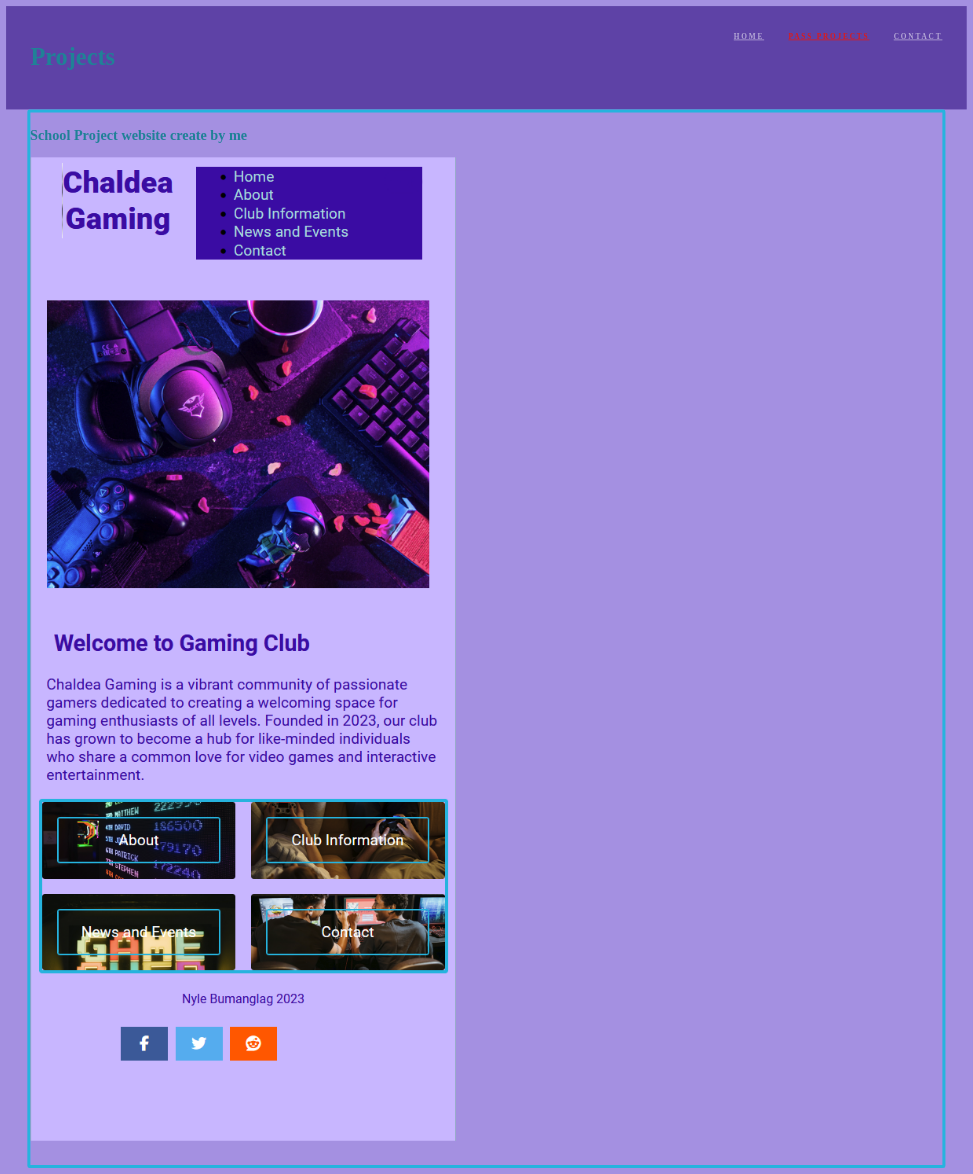
Repository: NyleNC/main
Page: projects.html
An editor plug-in stored every save of this project. The page is shown before and after the next save, followed by the edit.
The browser window is 1280 px wide. The pictures show the whole page, at 76% of full size.

Above is the page before, as saved 2024-11-07 00:31:57.

### projects.html
<!DOCTYPE html>
<html lang="en">
<head>
    <meta charset="UTF-8">
    <meta name="viewport" content="width=device-width, initial-scale=1.0">
    <title>Nyle Bumanglag</title>
    <link rel="stylesheet" href="style.css">
</head>
<header id="header"><h1>Projects</h1>
    <nav>
        <ul>
            <li><a href="index.html">Home</a></li>
            <li><a href="projects.html" class="active">Pass Projects</a></li>
            <li><a href="Contact.html">Contact</a></li>
        </ul>
    </nav>
</header>
<body>
    <section >
        <div class="container">
            <div >
            <h3>School Project website create by me </h3>
            <img src="Images/website.png" alt="website"class="image-fit" >
        </div>
        </div>



    </section>
</body>
</html>

### style.css
body{
    background: #a490e1;
    color: rgb(32, 129, 151);
}
#header {
display: -moz-flex;
display: -webkit-flex;
display: -ms-flex;
display: flex;
background-color: #5e42a6;
cursor: default;
padding: 1.75em 2em;
}

#header > .title {
border: 0;
color: #ffffff;
 display: block;
font-size: 1.25em;
font-weight: bold;
}

#header > nav {
-moz-flex: 1;
-webkit-flex: 1;
-ms-flex: 1;
flex: 1;
text-align: right;
}
 #header > nav > ul {
 margin: 0;
padding: 0;
}

 #header > nav > ul > li {
 display: inline-block;
margin-left: 1.75em;
 padding: 0;
vertical-align: middle;
}

#header > nav > ul > li:first-child {
margin-left: 0;
}

#header > nav > ul > li a {
  border: 0;
color: rgba(255, 255, 255, 0.542);
display: inline-block;
 font-size: 0.6em;
font-weight: bold;
letter-spacing: 0.25em;
text-transform: uppercase;
}
 #header > nav > ul > li a:hover {
color: rgb(144, 225, 164)
}
#header > nav > ul > li a.active {
color: #dd1a1a;
}

.image-fit {
 display: block;
 margin: 0 0 2em 0;
 width: 100%;
}
.container{
    margin: 0 auto;
    gap: 5em;
    display: grid;
    grid-template-columns:  1fr 1fr;
	width: 95%;
    height: auto;
    border: 4px solid #26b3de;
    border-radius:3px;
}

After the next save:
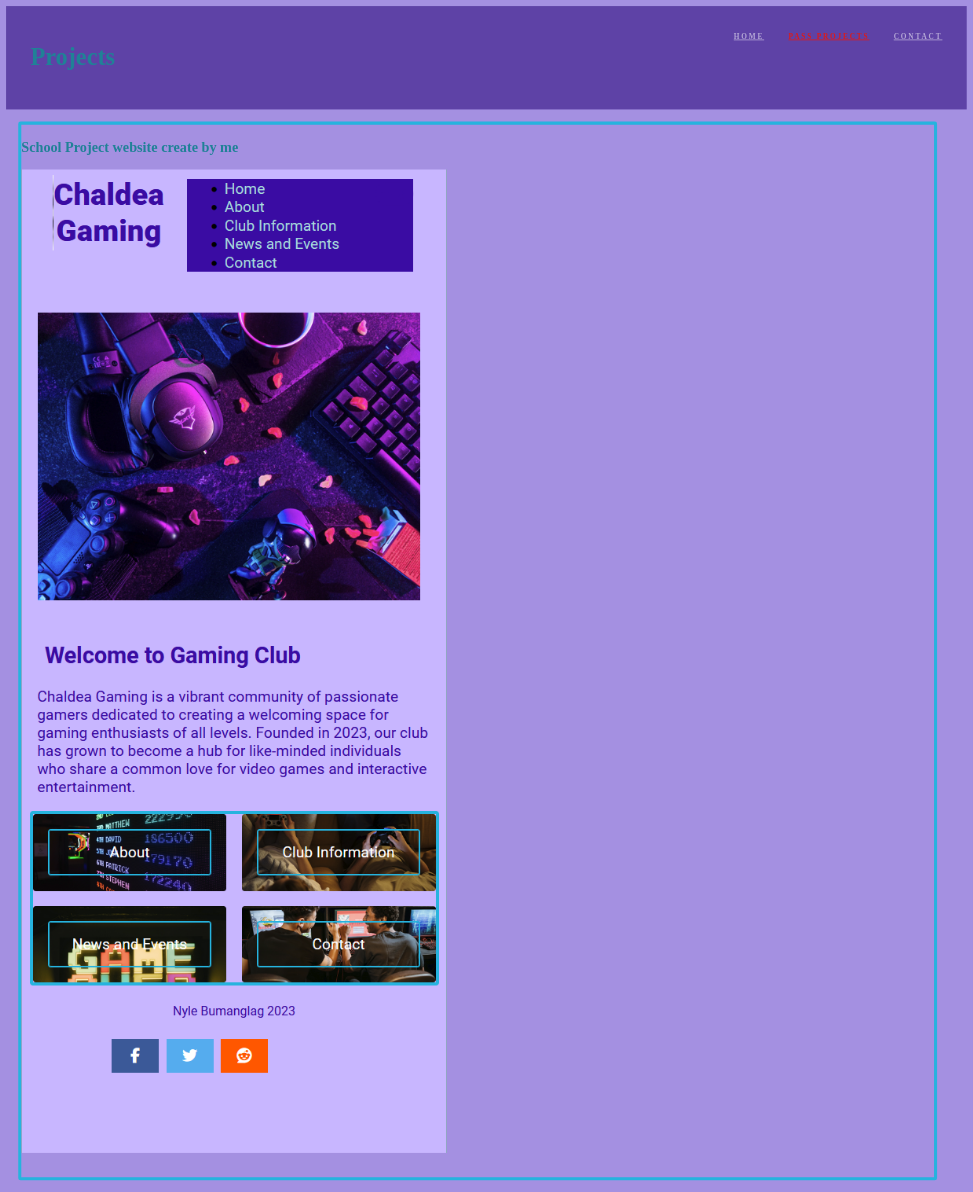
Saved 9 s later.
--- a/style.css
+++ b/style.css
@@ -65,7 +65,7 @@
  width: 100%;
 }
 .container{
-    margin: 0 auto;
+    margin: 1em;
     gap: 5em;
     display: grid;
     grid-template-columns:  1fr 1fr;

After the save that followed:
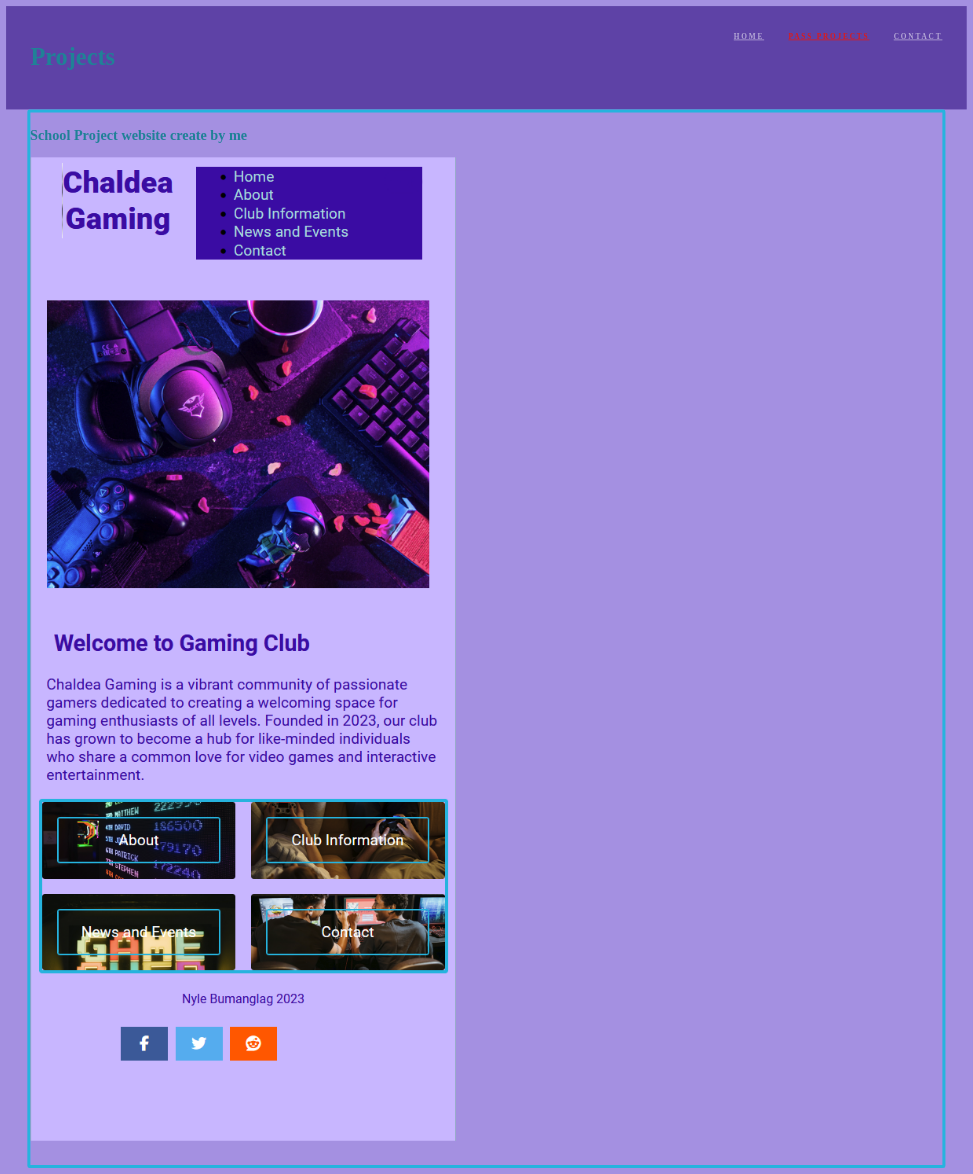
Saved 5 s later.
--- a/style.css
+++ b/style.css
@@ -65,7 +65,7 @@
  width: 100%;
 }
 .container{
-    margin: 1em;
+    margin: 0 auto;
     gap: 5em;
     display: grid;
     grid-template-columns:  1fr 1fr;
